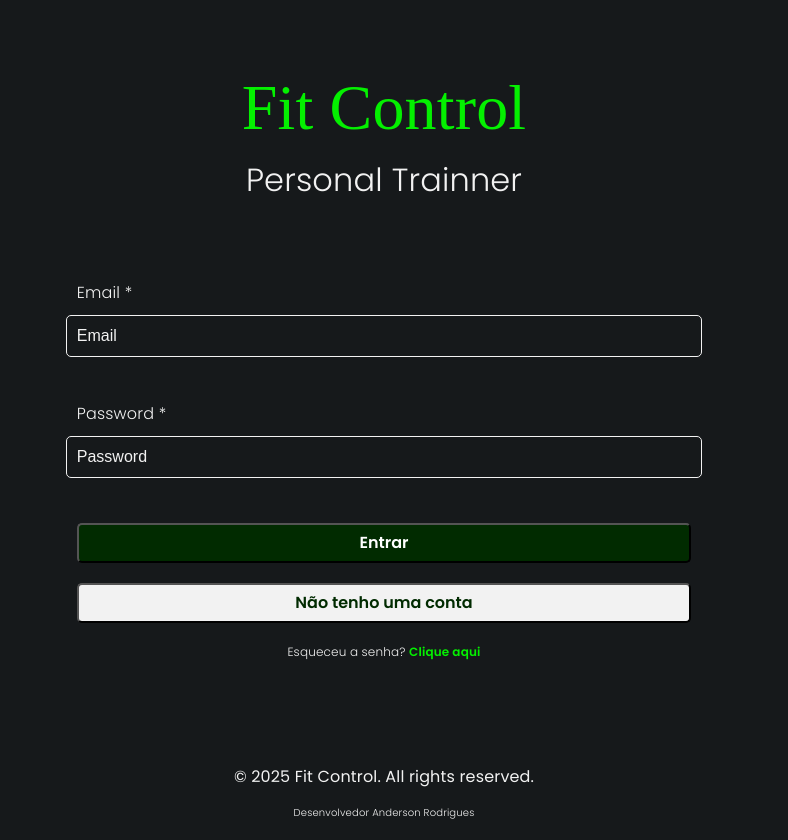
Repository: fit-control/frontend-fit-control
Page: /
These files come from the project's save history. The page is drawn as it stood at one moment and after the next save; the edit follows.
The browser window is 768 px wide. The page is 788 px wide, then 768 px, so the pictures cover 788 px, including what lies to the right of the window. The pictures show the whole page.
Some web fonts or font styles are not loaded; a fallback is used. The project was rebuilt for these pictures with package versions that can differ from the ones it lists, and the page was loaded fresh each time. The framework's server and built-in components were replaced by stand-ins that run in the browser. Also part of the build but not shown: next.config.js, vite.config.ts.

Above is the page before, as saved 2025-01-18 23:14:23.

After the next save:
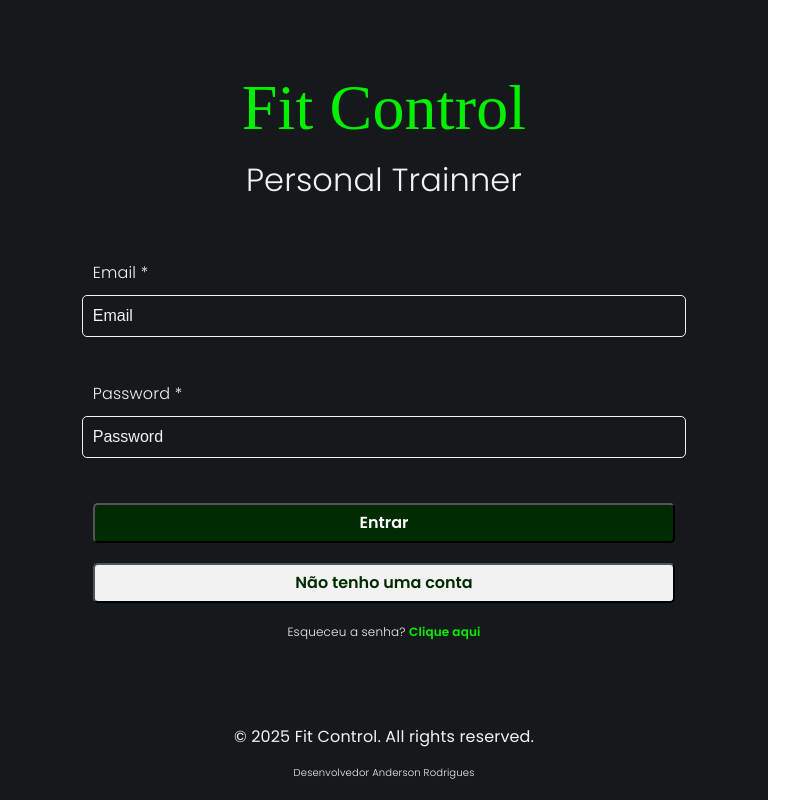
Saved 15 s later.
--- a/src/app/globals.css
+++ b/src/app/globals.css
@@ -85,9 +85,8 @@ body {
       min-width: 500px;
     }
     @media (max-width: 930px) {
-      width: 100vw;
+      width: calc(100vw - 40px);
       overflow: hidden;
-      min-height: 100vh;
     }
     .divTitle {
       margin-top: 40px;
